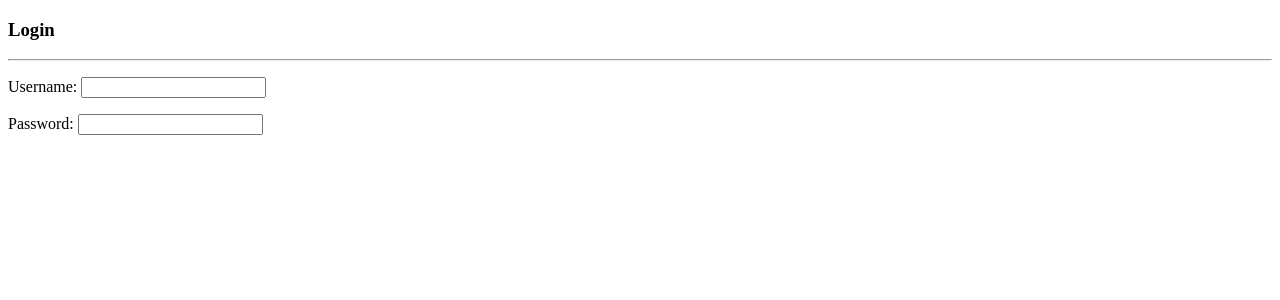
Repository: devjackluo/Java-Servlet-Demo
Page: ServletAppDemo/WebContent/Login.html
These files come from the project's save history. The page is drawn as it stood at one moment and after the next save; the edit follows.
The browser window is 1280 px wide. The pictures show the whole page.

Above is the page before, as saved 2019-02-04 20:58:39.

### ServletAppDemo/WebContent/Login.html
<!DOCTYPE html>
<html>
<head>
<meta charset="UTF-8">
<title>Login</title>
</head>
<body>
<h3>Login</h3>
<hr/>
<form name="loginForm" method="POST" action="SecuredServlet">
<p>Username: <input/ type="text" name="username"> </p>
<p>Password: <input/ type="password" name="password"> </p>

</form>
</body>
</html>

After the next save:
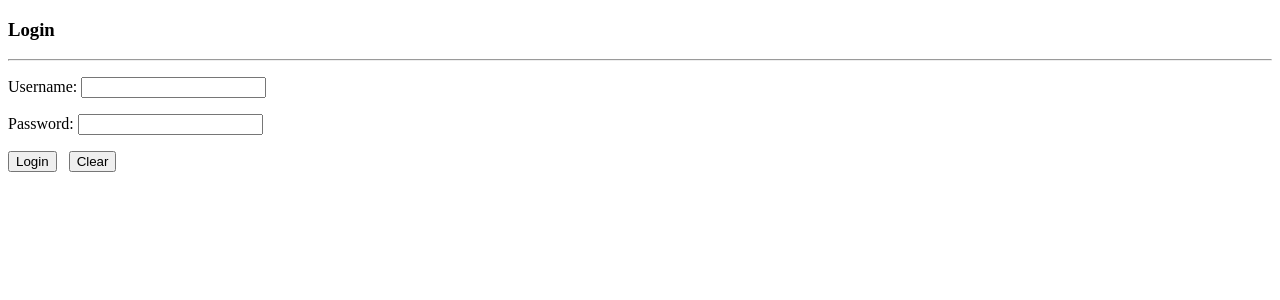
Saved 81 s later.
--- a/ServletAppDemo/WebContent/Login.html
+++ b/ServletAppDemo/WebContent/Login.html
@@ -10,6 +10,7 @@
 <form name="loginForm" method="POST" action="SecuredServlet">
 <p>Username: <input/ type="text" name="username"> </p>
 <p>Password: <input/ type="password" name="password"> </p>
+<p><input type="submit" value="Login" name="btnLogin"/> &nbsp; <input type="reset" value="Clear" name="btnLogin"/></p>
 
 </form>
 </body>
